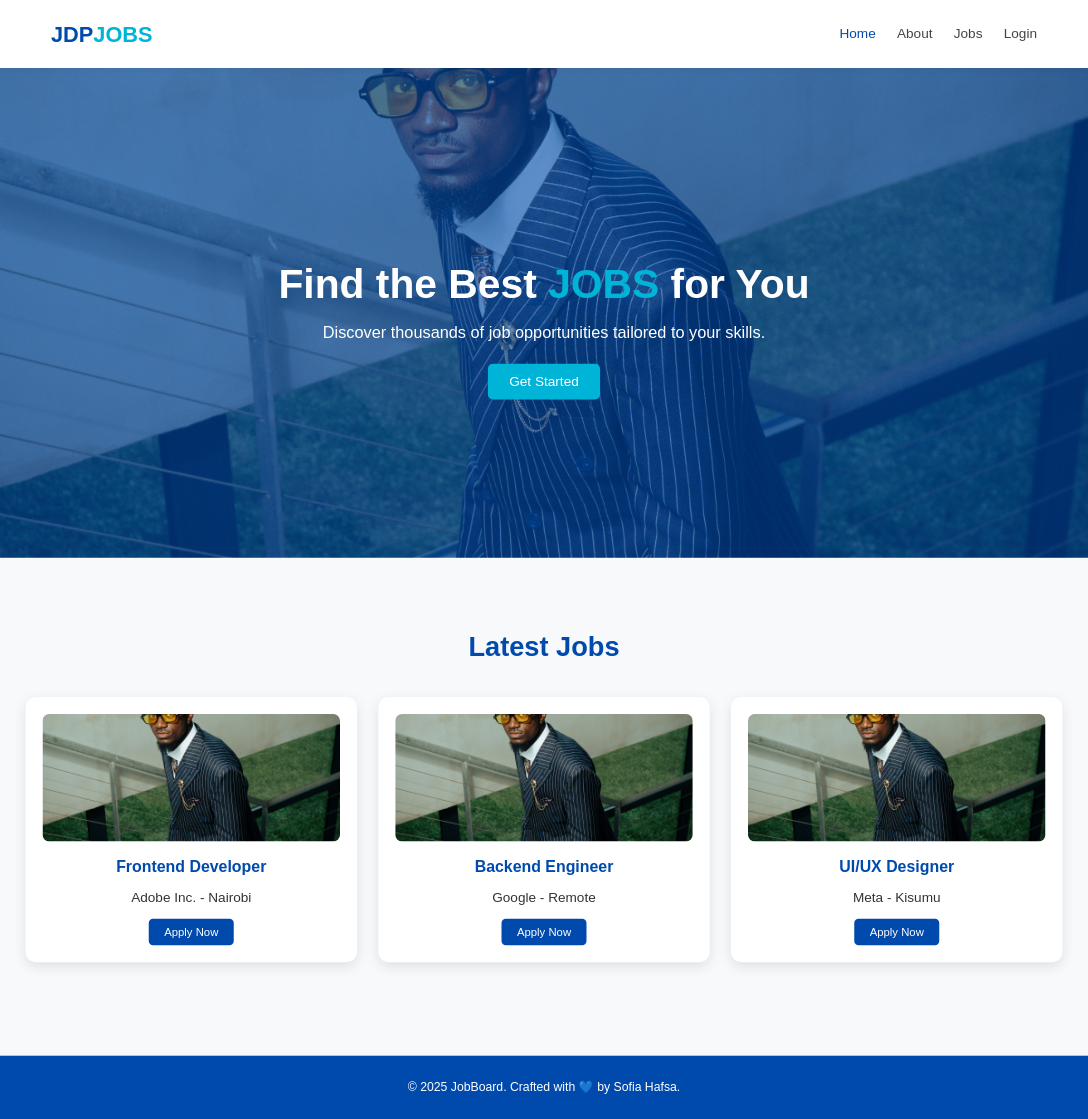
Repository: sofia123776/jobboard
Page: jobs/templates/jobs/home.html
These files come from the project's save history. The page is drawn as it stood at one moment and after the next save; the edit follows.
The browser window is 1280 px wide. The pictures show the whole page, at 85% of full size.
The template is drawn by Django 5.2. The application's start-up code is not run. The template is opened directly, without the code that normally fills it, so the values that code supplies are empty.

Above is the page before, as saved 2025-10-09 15:50:40.

After the next save:
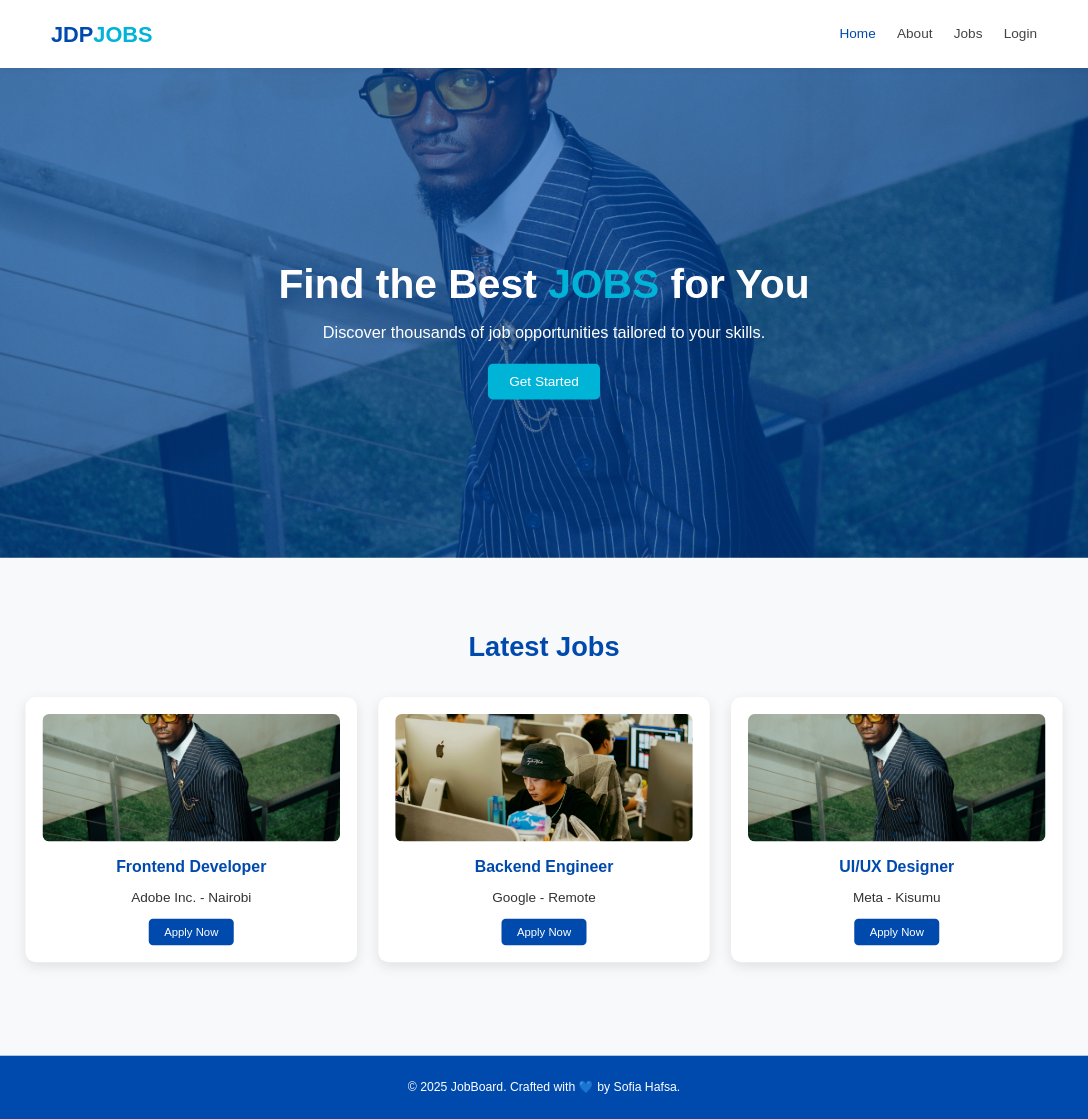
Saved 19 min 39 s later.
--- a/jobs/templates/jobs/home.html
+++ b/jobs/templates/jobs/home.html
@@ -39,7 +39,7 @@
       </div>
 
       <div class="job-card">
-        <img src="{% static 'images/hero-bg.jpg' %}" alt="Google">
+        <img src="{% static 'images/heroin-bg.jpg' %}" alt="Google">
         <h3>Backend Engineer</h3>
         <p>Google - Remote</p>
         <button>Apply Now</button>
